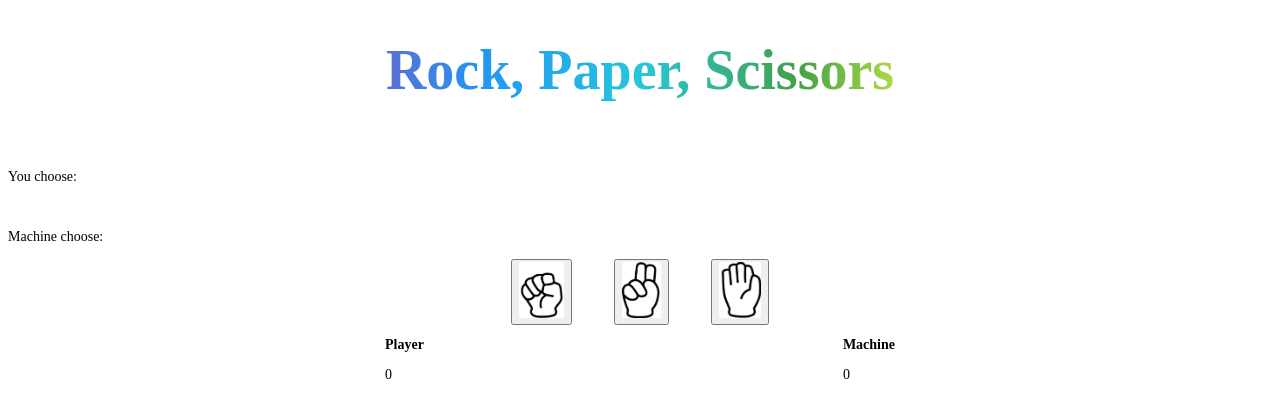
Repository: dung8466/RPS
Page: index.html
The author's editor kept a copy of each file at every save. The page is drawn from the files as they stood at one save, then again after the next save.
The browser window is 1280 px wide. The pictures show the whole page.

Above is the page before, as saved 2022-07-01 19:26:02.

### index.html
<!DOCTYPE html>
<html lang="en">
<head>
    <meta charset="UTF-8">
    <meta http-equiv="X-UA-Compatible" content="IE=edge">
    <meta name="viewport" content="width=device-width, initial-scale=1.0">
    <title>Fun Game</title>
    <link rel="stylesheet" href="style.css">
    <script src="script.js"></script>
</head>
<body>
    <h1 class="header">
        Rock, Paper, Scissors
    </h1>
    <div class="choice">
        <div class="player-choice">
            <img src="" alt="" id="player-choice">
             <p>You choose:</p>
            <p class="player-choice"></p>
        </div>
        <div class="machine-choice">
            <img src="" alt="" id="machine-choice">
            <p>Machine choose:</p>
            <p class="machine-choice"></p>
        </div>
    </div>
    <div class="board flex-box">
        <div class="player flex-box">
            <button class="rock">
                <img src="src/rock.jpg" alt="">
            </button>
            <button class="scissor">
                <img src="src/scissor.jpg" alt="">
            </button>
            <button class="paper">
                <img src="src/paper.jpg" alt="">
            </button>
        </div>
    </div>
    <div class="score flex-box">
        <div class="player-score">
            <h2>Player</h2>
            <p>0</p>
        </div>
        <div class="machine-score">
            <h2>Machine</h2>
            <p>0</p>
        </div>
    </div>
</body>
</html>

### style.css
*{
    font-family: 'Times New Roman', Times, serif;
    font-size: 14px;
}

.flex-box{
    display: flex;
    align-items: center;
    justify-content: space-evenly;
    align-content: space-between;
    gap: 3em;
}

img{
    max-width: 100%;
    max-height: 100%;
}
.header{
    font-size: 4em;
    font-weight: bold;
    background: linear-gradient(to right, #ef5350, #f48fb1, #7e57c2, #2196f3, #26c6da, #43a047, #eeff41, #f9a825, #ff5722);
    -webkit-background-clip: text;
    -webkit-text-fill-color: transparent;
    text-align: center;
}

.player button img{
    height: 4em;
    width: auto;
    background-color: aliceblue;

}

Loaded but not shown: script.js (no copy from this time; the picture is the same without it)

After the next save:
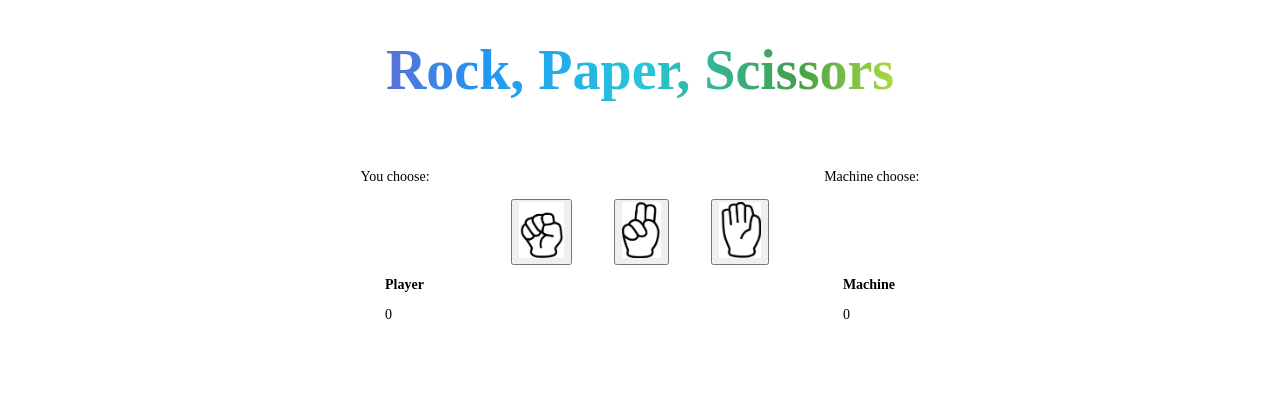
Saved 8 s later.
--- a/index.html
+++ b/index.html
@@ -12,7 +12,7 @@
     <h1 class="header">
         Rock, Paper, Scissors
     </h1>
-    <div class="choice">
+    <div class="choice flex-box">
         <div class="player-choice">
             <img src="" alt="" id="player-choice">
              <p>You choose:</p>
